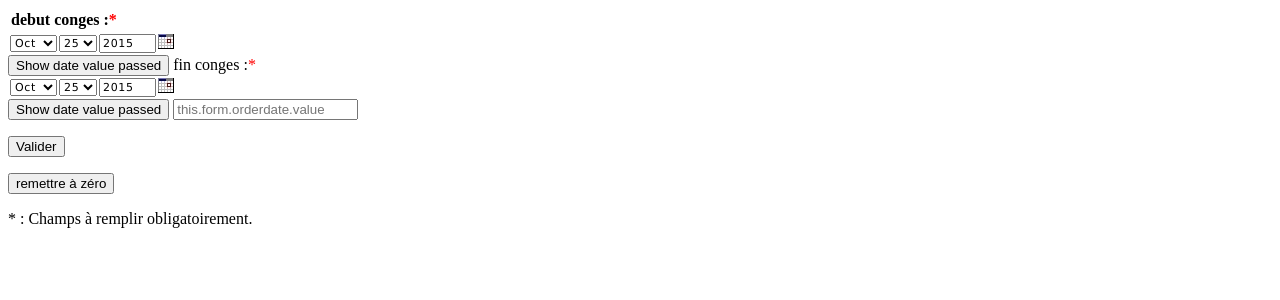
Repository: Iankills/TB-IR331
Page: http://localhost/gestConges_WebGUI/nouveau_conges.jsp
An editor plug-in stored every save of this project. The page is shown before and after the next save, followed by the edit.
The browser window is 1280 px wide. The pictures show the whole page.
The page is served by Tomcat 9. Other server files are loaded and not shown.

Above is the page before, as saved 2015-10-29 09:43:26.

### workspace-gestconges/gestConges_WebGUI/WebContent/nouveau_conges.jsp
<%@ page language="java" contentType="text/html; charset=ISO-8859-1"
	pageEncoding="ISO-8859-1"%>
<!DOCTYPE html PUBLIC "-//W3C//DTD HTML 4.01 Transitional//EN" "http://www.w3.org/TR/html4/loose.dtd">
<html>
<head>
<meta http-equiv="Content-Type" content="text/html; charset=ISO-8859-1">
<title>Création Conges</title>
<!-- test du script -->
<script type="text/javascript" src="calendarDateInput.js">

/***********************************************
* Jason's Date Input Calendar- By Jason Moon http://calendar.moonscript.com/dateinput.cfm
* Script featured on and available at http://www.dynamicdrive.com
* Keep this notice intact for use.
***********************************************/
</script>
<!-- Fin test du script -->

</head>
<body>

	<form method="get" action="template.jsp">

		<input type="hidden" name="action" value="traitement_conges" />
		<table id="affichage">
			<tr>
				<th>debut conges :<font color="red">*</font></th>
				<!-- <td><input type="text" name='debutconges' placeholder="format jj/mm/aaaa" /></td> -->
				<script>DateInput('orderdate', true, 'DD/MM/YYYY')</script>
				<input type="button" name='debutconges' onClick="alert(this.form.orderdate.value)" value="Show date value passed">
			</tr>

			<tr>
				<th>fin conges :<font color="red">*</font></th>
			    <!-- <td><input type="text" name='finconges' placeholder="format jj/mm/aaaa" /></td> -->
			    <script>DateInput('orderdate', true, 'DD/MM/YYYY')</script>
				<input type="button" onClick="alert(this.form.orderdate.value)" value="Show date value passed">
				<input type="text" name='finconges' placeholder=this.form.orderdate.value /></td>
				</td>
			</tr>
		</table>
		<p><input type="submit" value="Valider" /></p>
		<p><input type="reset" value="remettre à zéro" /></p>
		<p class="erreur">* : Champs à remplir obligatoirement.</p>
	</form>
</body>
</html>

Loaded but not shown: workspace-gestconges/gestConges_WebGUI/WebContent/calendarDateInput.js (591 lines, source omitted)

After the next save:
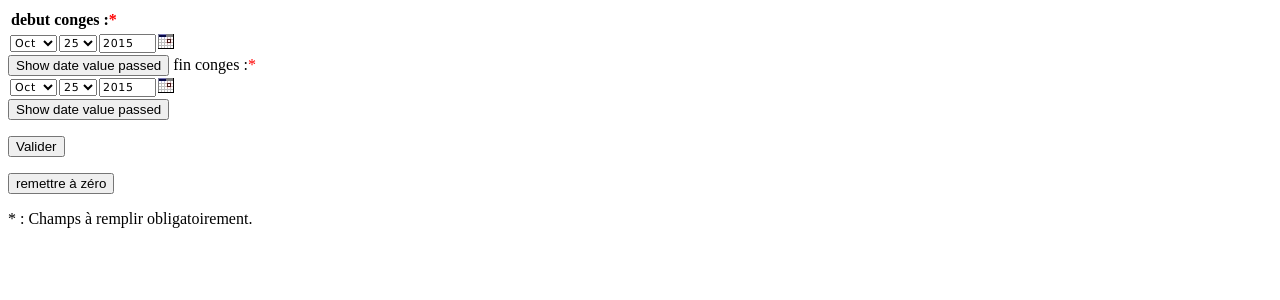
Saved 28 s later.
--- a/workspace-gestconges/gestConges_WebGUI/WebContent/nouveau_conges.jsp
+++ b/workspace-gestconges/gestConges_WebGUI/WebContent/nouveau_conges.jsp
@@ -35,7 +35,6 @@
 			    <!-- <td><input type="text" name='finconges' placeholder="format jj/mm/aaaa" /></td> -->
 			    <script>DateInput('orderdate', true, 'DD/MM/YYYY')</script>
 				<input type="button" onClick="alert(this.form.orderdate.value)" value="Show date value passed">
-				<input type="text" name='finconges' placeholder=this.form.orderdate.value /></td>
 				</td>
 			</tr>
 		</table>
